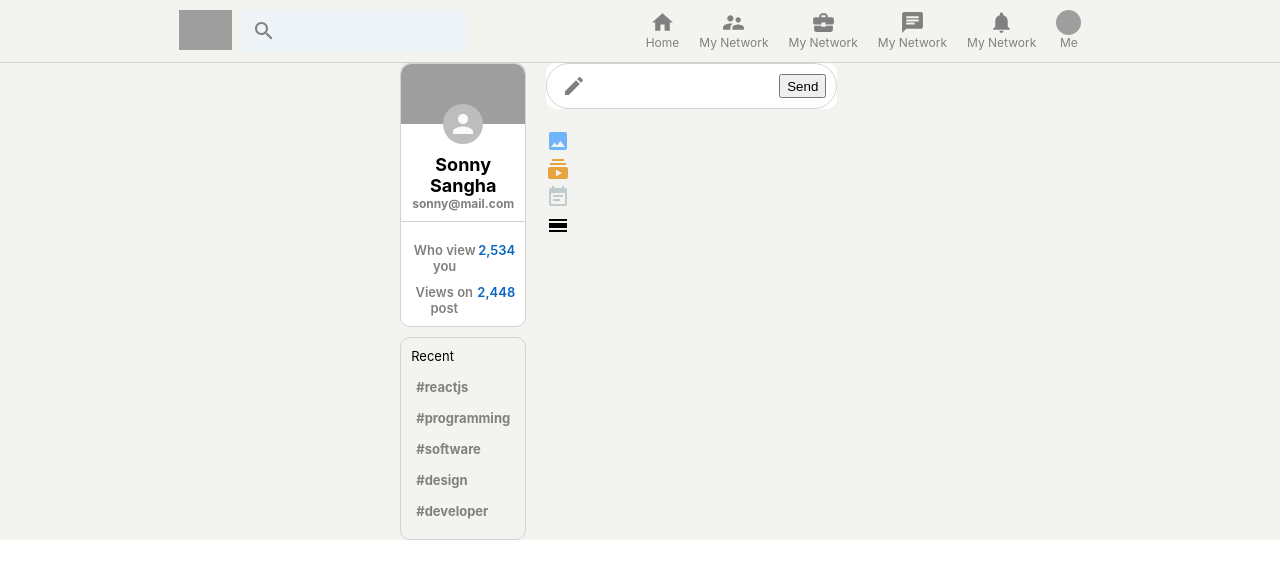
Repository: joaogamarra/linkedin-clone
Page: /
These files come from the project's save history. The page is drawn as it stood at one moment and after the next save; the edit follows.
The browser window is 1280 px wide. The pictures show the whole page.
Pictures or frames that could not be fetched are drawn as grey boxes. The project was rebuilt for these pictures with package versions that can differ from the ones it lists, and the page was loaded fresh each time. Also part of the build but not shown: src/components/feed/InputOption.css.

Above is the page before, as saved 2021-02-19 13:20:16.

### src/index.js
import React from 'react'
import ReactDOM from 'react-dom'
import './index.css'
import App from './App'

ReactDOM.render(
	<React.StrictMode>
		<App />
	</React.StrictMode>,
	document.getElementById('root')
)

### src/index.css
* {
	margin: 0;
}

body {
	margin: 0;
	font-family: -apple-system, BlinkMacSystemFont, 'Segoe UI', 'Roboto', 'Oxygen', 'Ubuntu', 'Cantarell',
		'Fira Sans', 'Droid Sans', 'Helvetica Neue', sans-serif;
	-webkit-font-smoothing: antialiased;
	-moz-osx-font-smoothing: grayscale;
}

code {
	font-family: source-code-pro, Menlo, Monaco, Consolas, 'Courier New', monospace;
}

### src/App.js
import './App.css'
import Feed from './components/feed/Feed'
import Header from './components/header/Header'
import Sidebar from './components/sidebar/Sidebar'

function App() {
	return (
		<div className='App'>
			<Header />
			<div className='app__body'>
				<Sidebar />
				<Feed />
			</div>
		</div>
	)
}

export default App

### src/App.css
.App {
	background-color: #f3f3ef;
	display: flex;
	flex-direction: column;
	align-items: center;
}

.app__body {
	display: flex;
}

### src/components/feed/Feed.js
import './Feed.css'
import CreateIcon from '@material-ui/icons/Create'
import ImageIcon from '@material-ui/icons/Image'
import SubscriptionsIcon from '@material-ui/icons/Subscriptions'
import EventNoteIcon from '@material-ui/icons/EventNote'
import CalendarViewDayIcon from '@material-ui/icons/CalendarViewDay'
import InputOption from './InputOption'

const Feed = () => {
	return (
		<div className='feed'>
			<div className='feed__inputContainer'>
				<div className='feed__input'>
					<CreateIcon />
					<form>
						<input type='text' />
						<button type='submit'>Send</button>
					</form>
				</div>
			</div>
			<div className='feed__inputOptions'>
				<InputOption Icon={ImageIcon} title='Photo' color='#70b5f9' />
				<InputOption Icon={SubscriptionsIcon} title='Video' color='#E7A33E' />
				<InputOption Icon={EventNoteIcon} title='Event' color='#C0CBCD' />
				<InputOption Icon={CalendarViewDayIcon} title='Write Article' color='#70b5f7FC15E9' />
			</div>
		</div>
	)
}

export default Feed

### src/components/header/Header.js
import './Header.css'
import HeaderOption from './HeaderOption'
import SearchIcon from '@material-ui/icons/Search'
import HomeIcon from '@material-ui/icons/Home'
import SupervisorAccountIcon from '@material-ui/icons/SupervisorAccount'
import BusinessCenterIcon from '@material-ui/icons/BusinessCenter'
import ChatIcon from '@material-ui/icons/Chat'
import NotificationsIcon from '@material-ui/icons/Notifications'

const Header = () => {
	return (
		<div className='header'>
			<div className='header__left'>
				<img src='https://www.flaticon.com/svg/static/icons/svg/174/174857.svg' alt='' />

				<div className='header__search'>
					<SearchIcon />
					<input type='text' />
				</div>
			</div>
			<div className='header__right'>
				<HeaderOption Icon={HomeIcon} title='Home' />
				<HeaderOption Icon={SupervisorAccountIcon} title='My Network' />
				<HeaderOption Icon={BusinessCenterIcon} title='My Network' />
				<HeaderOption Icon={ChatIcon} title='My Network' />
				<HeaderOption Icon={NotificationsIcon} title='My Network' />
				<HeaderOption
					avatar='https://compassionate-leakey-e9b16b.netlify.app/images/IG_Sonny.jpeg'
					title='Me'
				/>
			</div>
		</div>
	)
}

export default Header

### src/components/sidebar/Sidebar.js
import './Sidebar.css'
import { Avatar } from '@material-ui/core'

const Sidebar = () => {
	const recentItem = (topic) => (
		<div className='sidebar__recentItem'>
			<span className='sidebar__hash'>#</span>
			<p>{topic}</p>
		</div>
	)

	return (
		<div className='sidebar'>
			<div className='sidebar__top'>
				<img
					src='https://images.unsplash.com/photo-1579546929518-9e396f3cc809?ixid=MXwxMjA3fDB8MHxwaG90by1wYWdlfHx8fGVufDB8fHw%3D&ixlib=rb-1.2.1&auto=format&fit=crop&w=1350&q=80'
					alt=''
				/>
				<Avatar className='sidebar__avatar' />
				<h2>Sonny Sangha</h2>
				<h4>sonny@mail.com</h4>
			</div>

			<div className='sidebar__stats'>
				<div className='sidebar__stat'>
					<p>Who view you</p>
					<p className='sidebar__statNumber'>2,534</p>
				</div>
				<div className='sidebar__stat'>
					<p>Views on post</p>
					<p className='sidebar__statNumber'>2,448</p>
				</div>
			</div>

			<div className='sidebar__bottom'>
				<p>Recent</p>
				{recentItem('reactjs')}
				{recentItem('programming')}
				{recentItem('software')}
				{recentItem('design')}
				{recentItem('developer')}
			</div>
		</div>
	)
}

export default Sidebar

### src/components/feed/Feed.css
.feed {
	flex: 0.6;
	margin: 0 20px;
}

.feed__inputContainer {
	padding: 10px 10p 20px 10px;
	margin-bottom: 20px;
	border-radius: 10px;
	background-color: white;
}

.feed__input {
	display: flex;
	padding: 10px 10px 10px 15px;
	color: gray;
	border: 1px solid lightgray;
	border-radius: 30px;
}

.feed__input > form {
	display: flex;
	width: 100%;
}

.feed__input > form > input {
	flex: 1;
	margin-left: 10px;
	outline-width: 0;
	font-weight: 600;
	border: none;
}

.feed__input > form > input > button {
	display: none;
}

### src/components/feed/InputOption.js
import './InputOption.css'

const InputOption = ({ Icon, title, color }) => {
	return (
		<div className='inputOption'>
			<Icon style={{ color: color }} />
		</div>
	)
}

export default InputOption

### src/components/header/Header.css
.header {
	position: sticky;
	top: 0;
	display: flex;
	justify-content: space-evenly;
	padding: 10px 0;
	width: 100%;
	border-bottom: 0.1px solid lightgray;
	z-index: 30;
}

.header__left {
	display: flex;
}

.header__left > img {
	object-fit: contain;
	height: 40px;
	margin-right: 10px;
}

.header__search {
	padding: 10px;
	display: flex;
	align-items: center;
	border-radius: 5px;
	height: 22px;
	color: gray;
	background-color: #eef3f8;
}

.header__search > input {
	outline: none;
	border: none;
	background: none;
}

.header__right {
	display: flex;
}

### src/components/header/HeaderOption.js
import './HeaderOption.css'
import { Avatar } from '@material-ui/core'

const HeaderOption = ({ avatar, Icon, title }) => {
	return (
		<div className='headerOption'>
			{Icon && <Icon className='headerOption__icon' />}
			{avatar && <Avatar className='headerOption__icon' src={avatar} />}
			<h3 className='headerOption__title'>{title}</h3>
		</div>
	)
}

export default HeaderOption

### src/components/sidebar/Sidebar.css
.sidebar {
	position: sticky;
	flex: 0.2;
	top: 80px;
	height: fit-content;
	border-radius: 10px;
	text-align: center;
}

.sidebar__avatar {
	margin-bottom: 10px;
}

.sidebar__top > h4 {
	color: gray;
	font-size: 12px;
}

.sidebar__top > h2 {
	font-size: 18px;
}

.sidebar__top {
	display: flex;
	flex-direction: column;
	align-items: center;
	border: 1px solid lightgray;
	border-bottom: 0;
	border-top-left-radius: 10px;
	border-top-right-radius: 10px;
	background-color: white;
	padding-bottom: 10px;
}

.sidebar__top > img {
	margin-bottom: -20px;
	width: 100%;
	height: 60px;
	border-top-left-radius: 10px;
	border-top-right-radius: 10px;
}
.sidebar__stats {
	padding: 10px;
	margin-bottom: 10px;
	border: 1px solid lightgray;
	border-bottom-left-radius: 10px;
	border-bottom-right-radius: 10px;
	background-color: white;
}

.sidebar__stat {
	margin-top: 10px;
	display: flex;
	justify-content: space-between;
}

.sidebar__stat > p {
	color: gray;
	font-size: 13px;
	font-weight: 600;
}

.sidebar__statNumber {
	font-weight: bold;
	color: #0a66c2 !important;
}

.sidebar__bottom {
	text-align: left;
	padding: 10px;
	border: 1px solid lightgray;
	border-radius: 10px;
	margin-top: 10px;
}

.sidebar__bottom > p {
	font-size: 13px;
	padding-bottom: 10px;
}

.sidebar__recentItem {
	display: flex;
	font-size: 13px;
	color: gray;
	font-weight: bolder;
	cursor: pointer;
	margin-bottom: 5px;
	padding: 5px;
}

.sidebar__recentItem:hover {
	background-color: whitesmoke;
	border-radius: 10px;
	cursor: pointer;
	color: black;
}

.sidebar_hash {
	margin: 0 10px 0 5px;
}

### src/components/header/HeaderOption.css
.headerOption {
	display: flex;
	flex-direction: column;
	align-items: center;
	margin-right: 20px;
	color: gray;
	cursor: pointer;
}

.headerOption:hover {
	color: black;
}

.headerOption__title {
	font-size: 12px;
	font-weight: 400;
}

.headerOption__icon {
	object-fit: contain;
	height: 25px !important;
	width: 25px !important;
}

Loaded but not shown: public/index.html (common file)

After the next save:
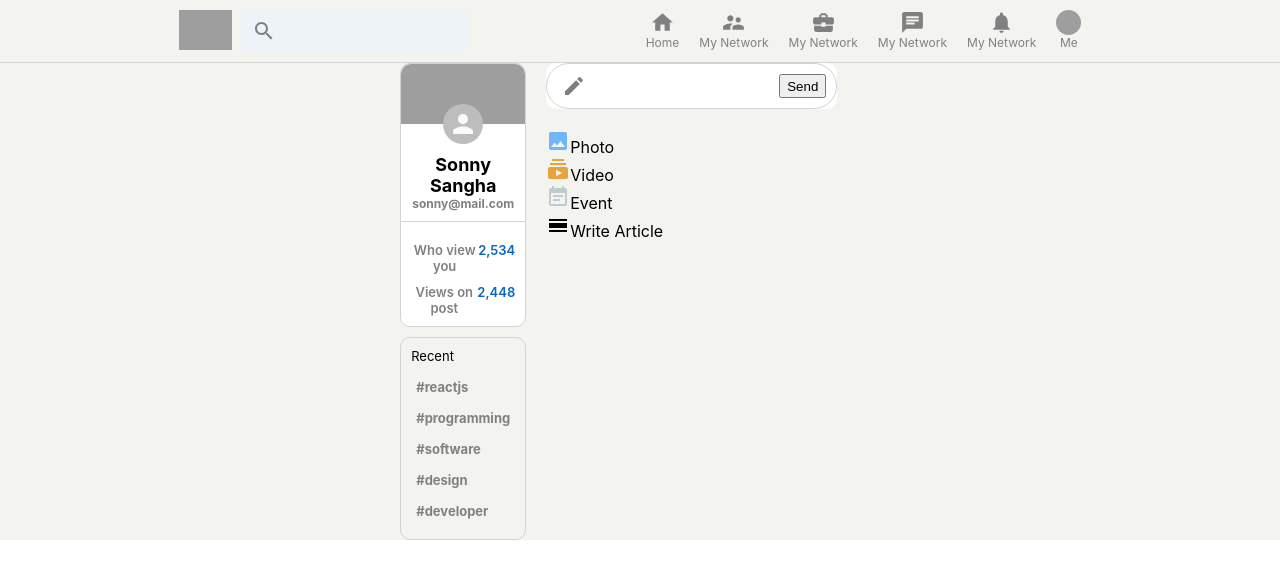
Saved 19 s later.
--- a/src/components/feed/InputOption.js
+++ b/src/components/feed/InputOption.js
@@ -4,6 +4,7 @@ const InputOption = ({ Icon, title, color }) => {
 	return (
 		<div className='inputOption'>
 			<Icon style={{ color: color }} />
+			{title}
 		</div>
 	)
 }
